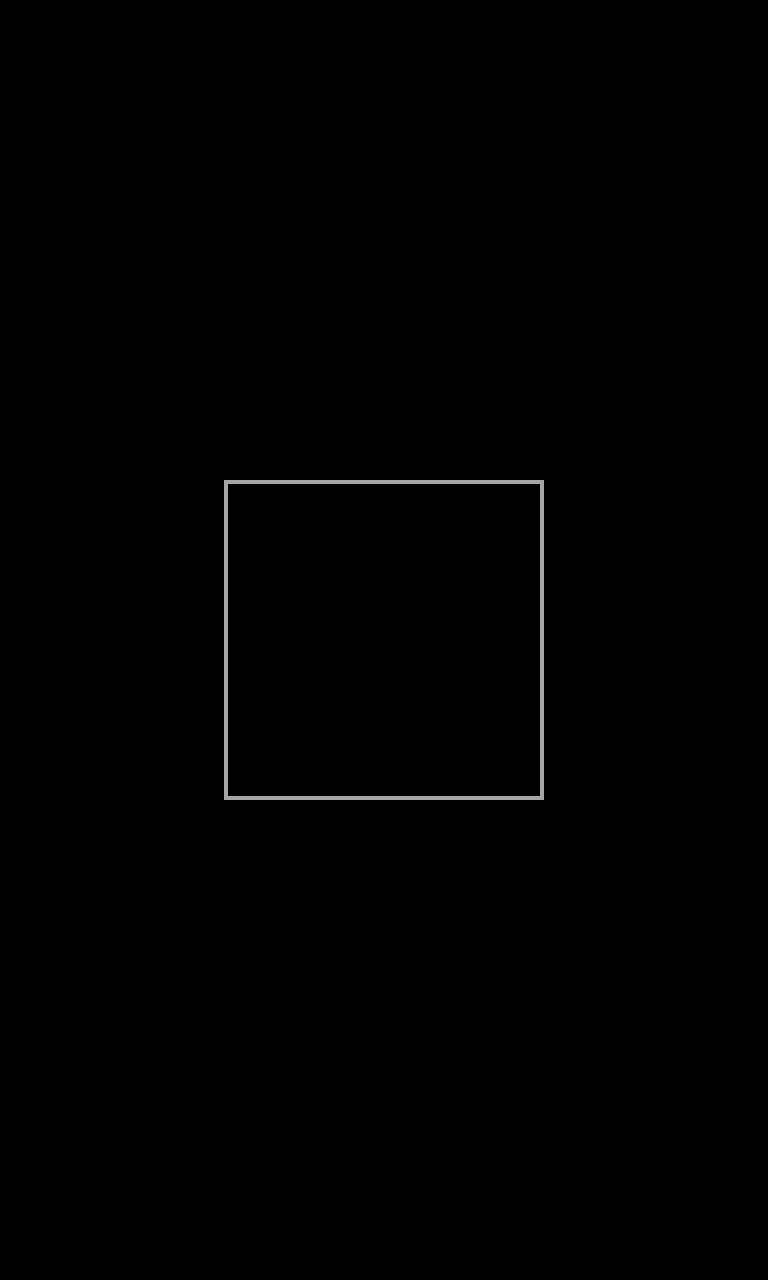
Repository: jellydiamonds/Proto
Layout: Android/CameraSafePreview/res/layout/selection.xml
The author's editor kept a copy of each file at every save. The layout is drawn from the files as they stood at one save, then again after the next save.
It is drawn on a 768 x 1280 px phone screen (xhdpi) without system bars, with theme android:Theme.Black.NoTitleBar.Fullscreen; the app's code is not run.

Above is the layout before, as saved 2014-04-03 13:26:26.

After the next save:
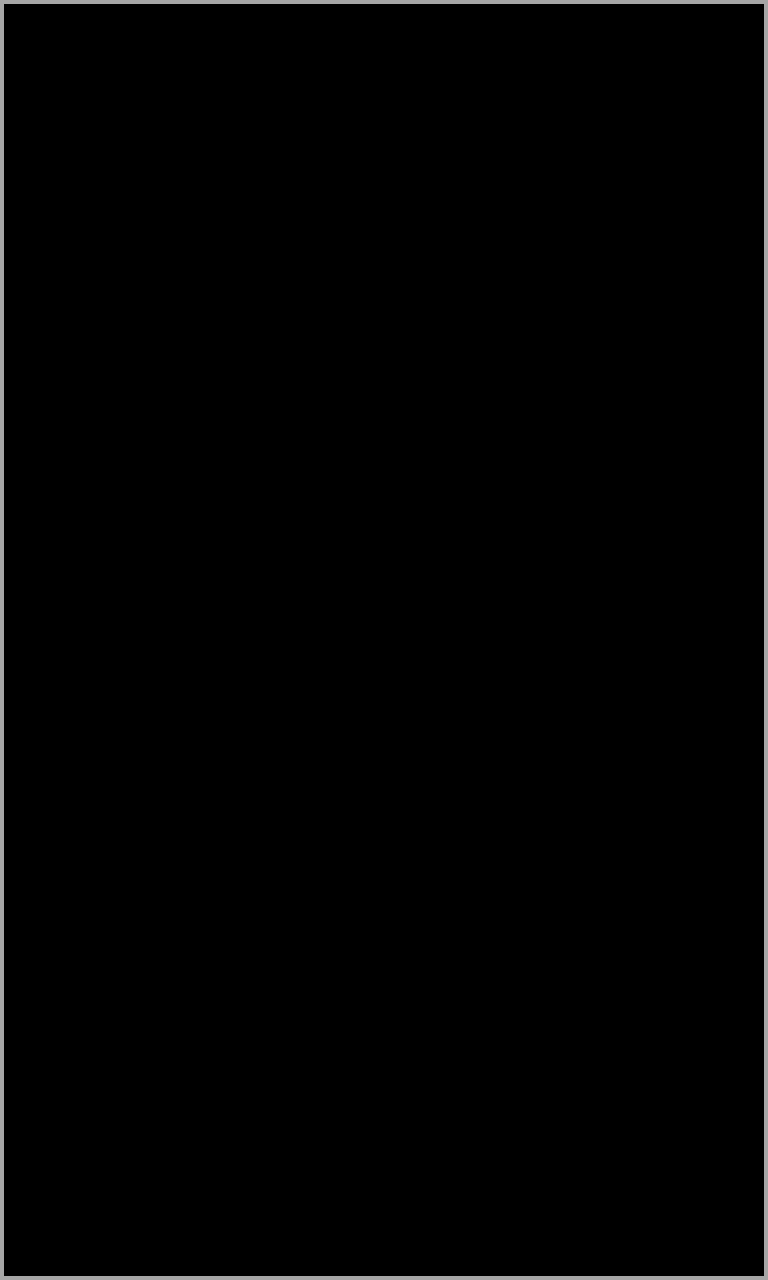
Saved 21 s later.
--- a/Android/CameraSafePreview/res/layout/selection.xml
+++ b/Android/CameraSafePreview/res/layout/selection.xml
@@ -6,8 +6,8 @@
 
     	<Button
 			    android:id="@+id/button_selection"
-				android:layout_width="160dp"
-				android:layout_height="160dp"
+				android:layout_width="1000dp"
+				android:layout_height="1000dp"
 				android:background="@drawable/picture_rect_selection"
 				android:layout_centerVertical="true"
 			    android:layout_centerHorizontal="true"
